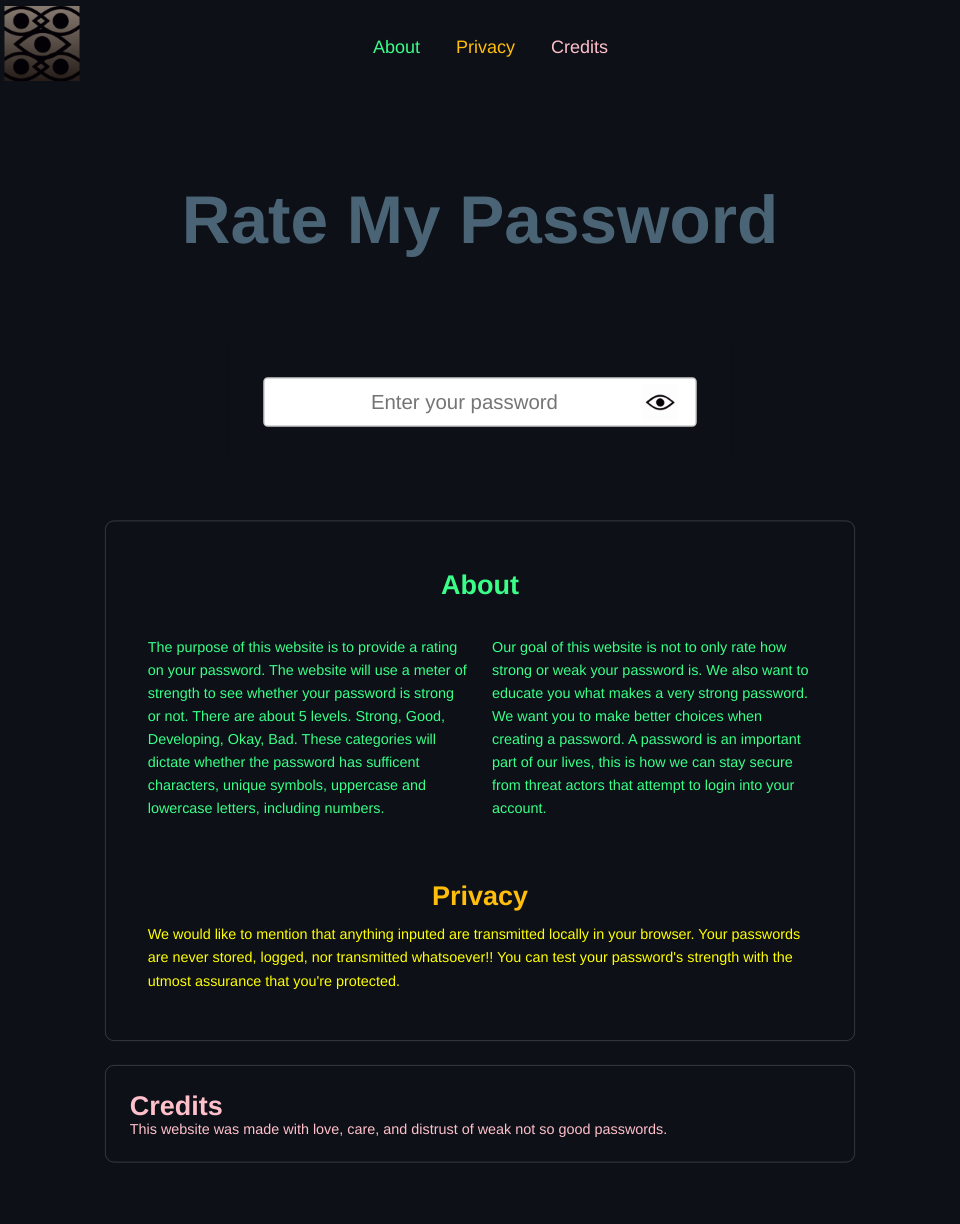
Repository: auqs/wdd131
Page: RateMyPassWord/index.html
These files come from the project's save history. The page is drawn as it stood at one moment and after the next save; the edit follows.
The browser window is 1280 px wide. The pictures show the whole page, at 75% of full size.
Some web fonts or font styles are not loaded; a fallback is used.

Above is the page before, as saved 2026-07-16 22:34:04.

After the next save:
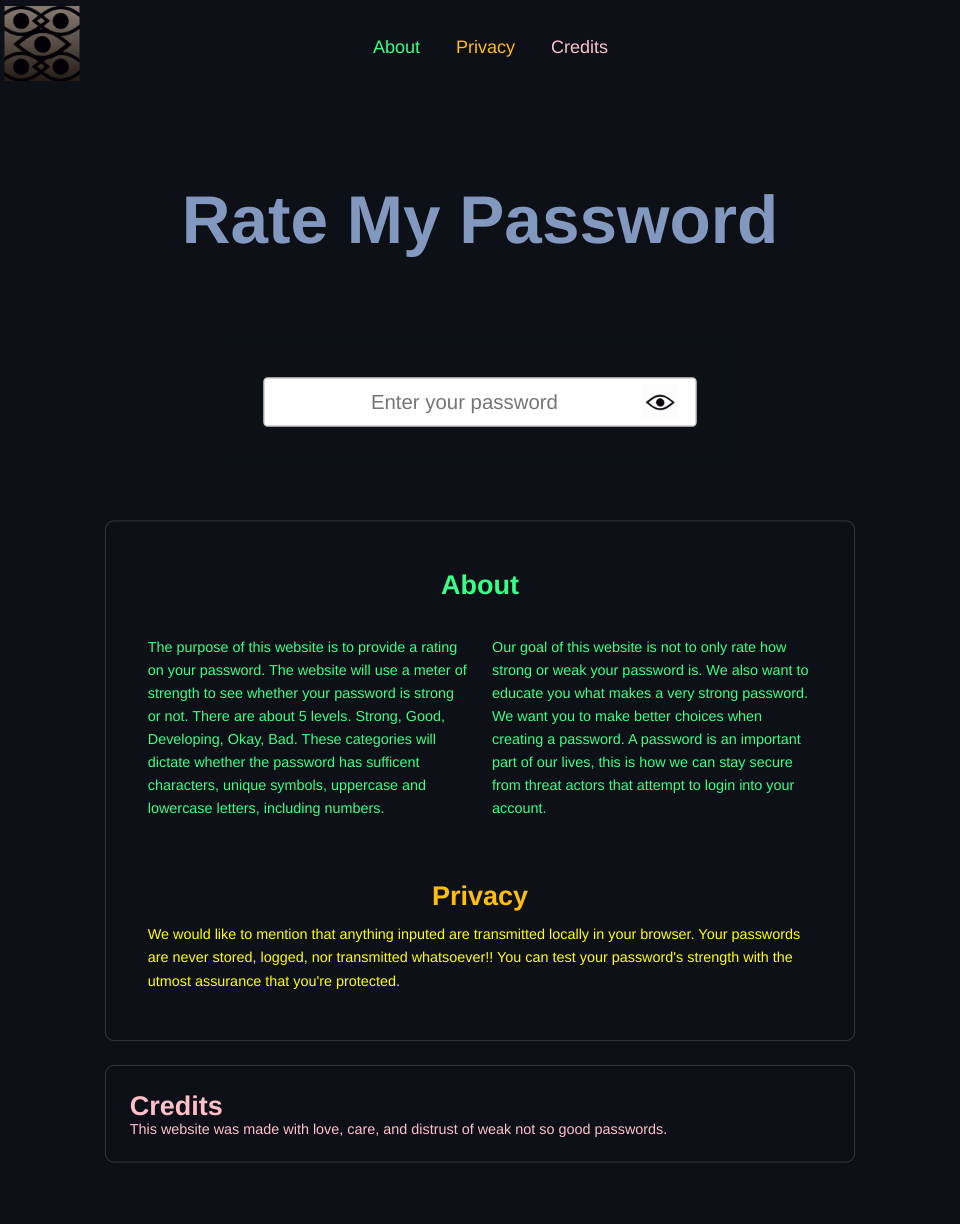
Saved 24 min 25 s later.
--- a/RateMyPassWord/styles/style.css
+++ b/RateMyPassWord/styles/style.css
@@ -425,7 +425,7 @@ header img {
 
 @keyframes colorCycle {
   0% {
-    color: var(--background-color);
+    color: palevioletred;
   }
   25% {
     color: var(--secondary-color);
